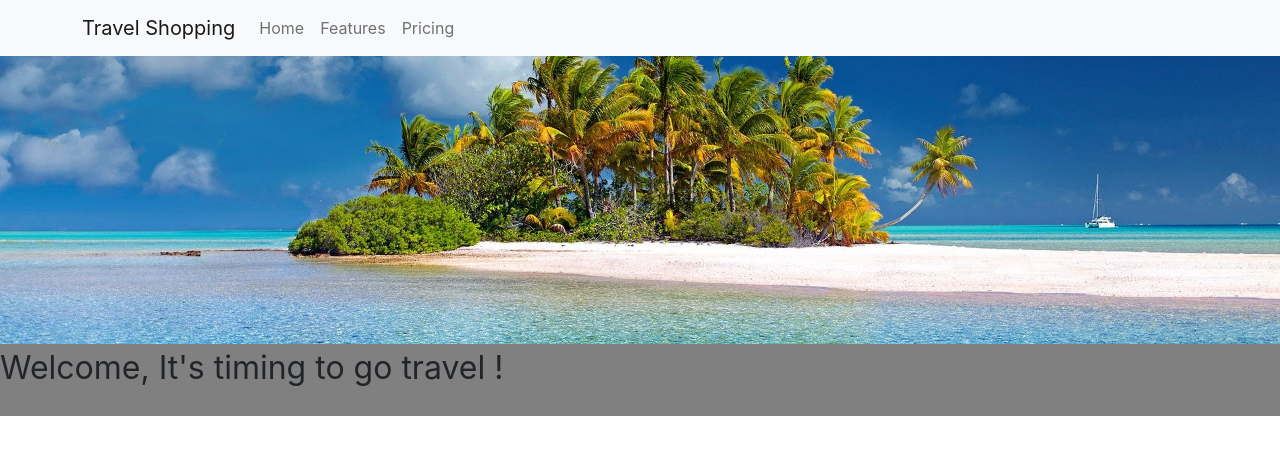
Repository: Goddemi/react-practice
Page: /
The author's editor kept a copy of each file at every save. The page is drawn from the files as they stood at one save, then again after the next save.
The browser window is 1280 px wide. The pictures show the whole page.
The project was rebuilt for these pictures with package versions that can differ from the ones it lists, and the page was loaded fresh each time.

Above is the page before, as saved 2022-04-10 11:57:25.

### src/index.js
import React from "react";
import "./index.css";
import App from "./app";
import reportWebVitals from "./reportWebVitals";
import "@fortawesome/fontawesome-free/js/all.js";

import { createRoot } from "react-dom/client";

const rootElement = document.getElementById("root");
const root = createRoot(rootElement);

root.render(
  <React.StrictMode>
    <App />
  </React.StrictMode>
);

reportWebVitals();

### src/App.js
import logo from "./logo.svg";
import "./App.css";
import { Navbar, Nav, Container } from "react-bootstrap";

function App() {
  return (
    <>
      <Navbar bg="light" variant="light">
        <Container>
          <Navbar.Brand href="#home">Travel Shopping</Navbar.Brand>
          <Nav className="me-auto">
            <Nav.Link href="#home">Home</Nav.Link>
            <Nav.Link href="#features">Features</Nav.Link>
            <Nav.Link href="#pricing">Pricing</Nav.Link>
          </Nav>
        </Container>
      </Navbar>
      <div className="background"></div>
      <div className="greeting">Welcome, It's timing to go travel ! </div>
    </>
  );
}

export default App;

### src/App.css
.App {
  text-align: center;
}

.App-logo {
  height: 40vmin;
  pointer-events: none;
}

@media (prefers-reduced-motion: no-preference) {
  .App-logo {
    animation: App-logo-spin infinite 20s linear;
  }
}

.background {
  width: 100%;
  height: 40vh;
  background-image: url("./backgroundimg.jpg");
  background-position: center;
  background-repeat: no-repeat;
  background-size: cover;
}

.greeting {
  width: 100%;
  height: 10vh;
  background-color: gray;
  font-size: 2rem;
}

.App-header {
  background-color: #282c34;
  min-height: 100vh;
  display: flex;
  flex-direction: column;
  align-items: center;
  justify-content: center;
  font-size: calc(10px + 2vmin);
  color: white;
}

.App-link {
  color: #61dafb;
}

@keyframes App-logo-spin {
  from {
    transform: rotate(0deg);
  }
  to {
    transform: rotate(360deg);
  }
}

Loaded but not shown: public/index.html (common file); src/index.css (common file); src/reportWebVitals.js (common file)

After the next save:
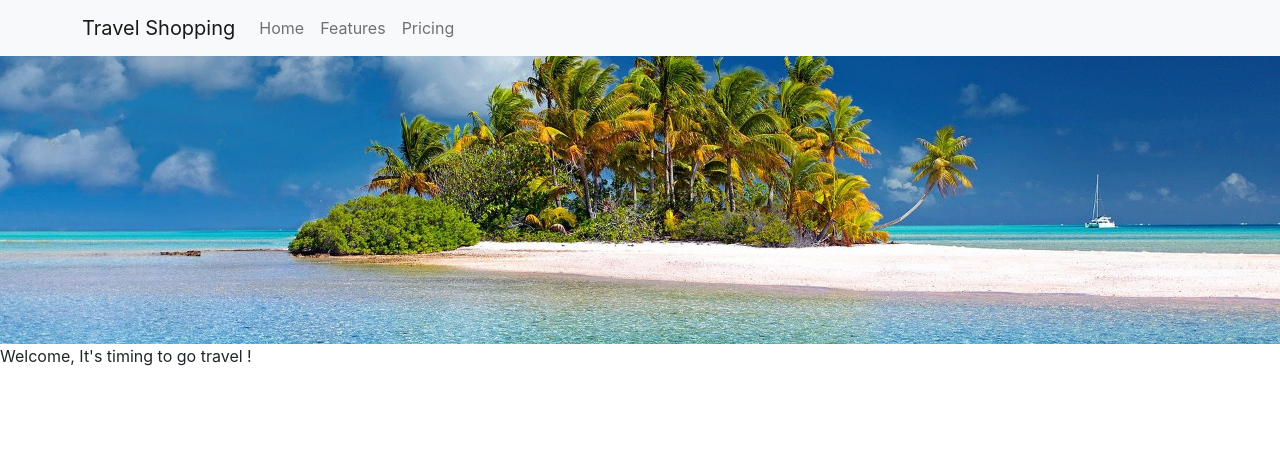
Saved 7 s later.
--- a/src/App.css
+++ b/src/App.css
@@ -25,7 +25,7 @@
 .greeting {
   width: 100%;
   height: 10vh;
-  background-color: gray;
+  background-color: #eeeeee
   font-size: 2rem;
 }
 
